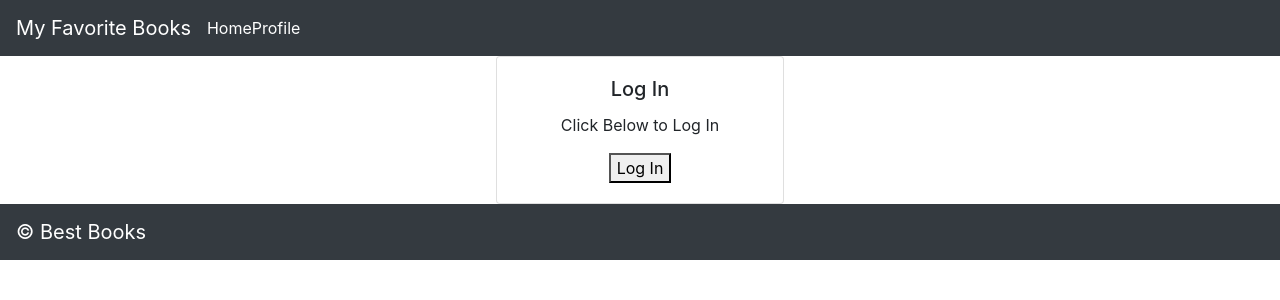
Repository: Razan-am/can-of-books-frontend
Page: /
The author's editor kept a copy of each file at every save. The page is drawn from the files as they stood at one save, then again after the next save.
The browser window is 1280 px wide. The pictures show the whole page.
The project was rebuilt for these pictures with package versions that can differ from the ones it lists, and the page was loaded fresh each time. Also part of the build but not shown: src/BestBooks.css, src/BestBooks.js, src/Profile.js, src/BrowserRouter.js.

Above is the page before, as saved 2021-07-04 19:47:38.

After the next save:
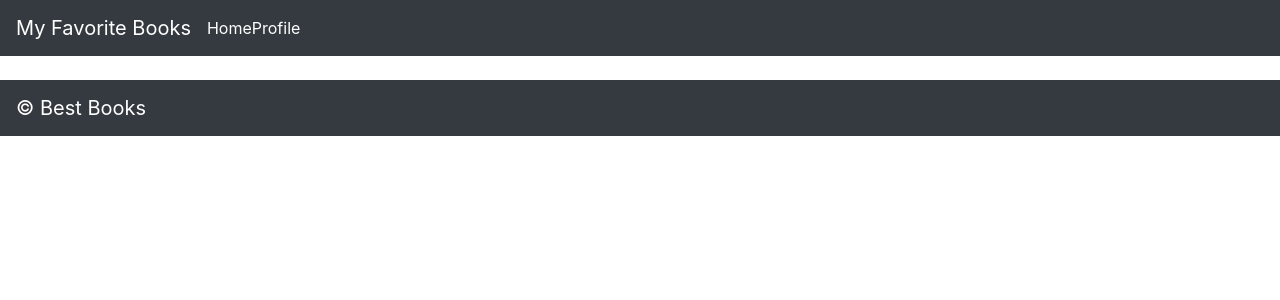
Saved 37 s later.
--- a/src/App.js
+++ b/src/App.js
@@ -12,7 +12,8 @@ import BrowserRouter from './BrowserRouter';
 import {
   BrowserRouter as Router,
   Switch,
-  Route
+  Route,
+  Link
 } from "react-router-dom";
 
 class App extends React.Component {
@@ -30,7 +31,7 @@ class App extends React.Component {
                 {
                   this.props.auth0.isAuthenticated ?
                     <BestBooks />
-                    : <Login />
+                    :<Link to="/profile">Profile</Link>
                 }
               </Route>
               {/* TODO: add a route with a path of '/profile' that renders a `Profile` component */}
